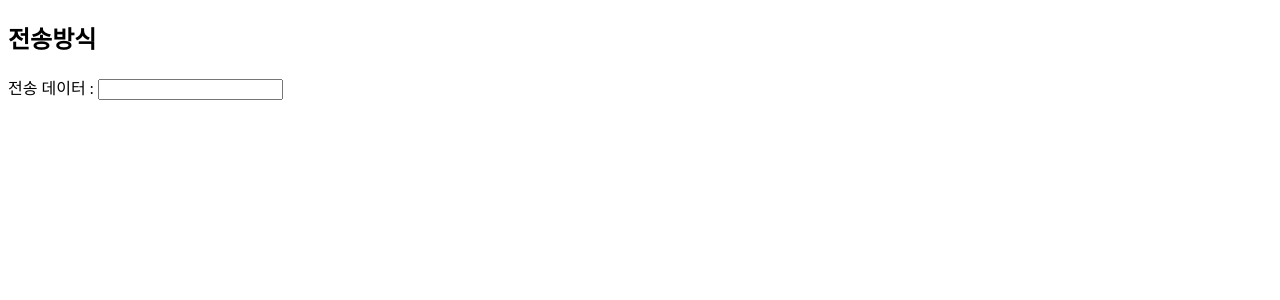
Repository: leebo-ram/Jsp
Page: http://localhost/Variable/Form.jsp
The author's editor kept a copy of each file at every save. The page is drawn from the files as they stood at one save, then again after the next save.
The browser window is 1280 px wide. The pictures show the whole page.
The page is served by Tomcat 9.

Above is the page before, as saved 2021-02-16 05:48:12.

### Day1/Variable/WebContent/Form.jsp
<%@ page language="java" contentType="text/html; charset=UTF-8"
    pageEncoding="UTF-8"%>
<!DOCTYPE html>
<html>
<head>
<meta charset="UTF-8">
<title>전송방식</title>
</head>
<body>
	<h2>전송방식</h2>
	<form method="get" action="./Form_ok.jsp">
		<p><labe>전송 데이터 : <input type="text" name="data"></labe></p>
	</form>
</body>
</html>

After the next save:
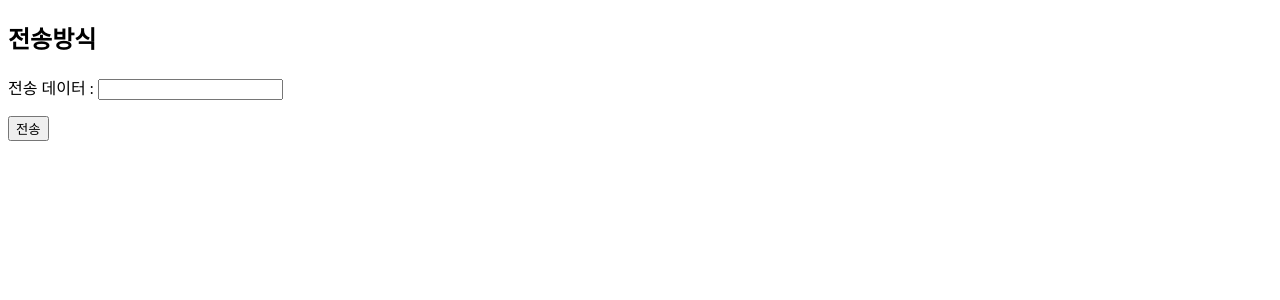
Saved 31 s later.
--- a/Day1/Variable/WebContent/Form.jsp
+++ b/Day1/Variable/WebContent/Form.jsp
@@ -10,6 +10,7 @@
 	<h2>전송방식</h2>
 	<form method="get" action="./Form_ok.jsp">
 		<p><labe>전송 데이터 : <input type="text" name="data"></labe></p>
+		<p><input type="submit" value="전송"></p>
 	</form>
 </body>
 </html>
